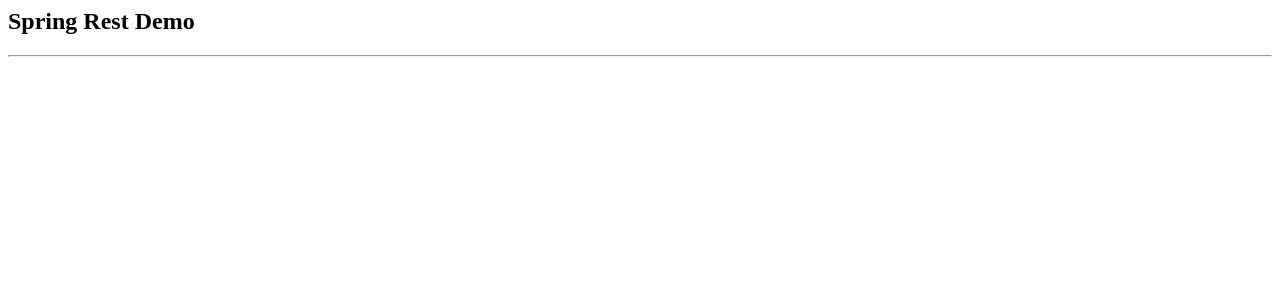
Repository: khaledesmail89/spring-Hibernate
Page: http://localhost/spring-rest-demo/
An editor plug-in stored every save of this project. The page is shown before and after the next save, followed by the edit.
The browser window is 1280 px wide. The pictures show the whole page.
The page is served by Tomcat 9. Other server files are loaded and not shown.

Above is the page before, as saved 2018-10-10 09:31:40.

### spring-rest-demo/src/main/webapp/index.jsp
<html>
<head>
<title>

</title>
</head>
<body>
<h2>Spring Rest Demo</h2>
<hr>
</body>
</html>

After the next save:
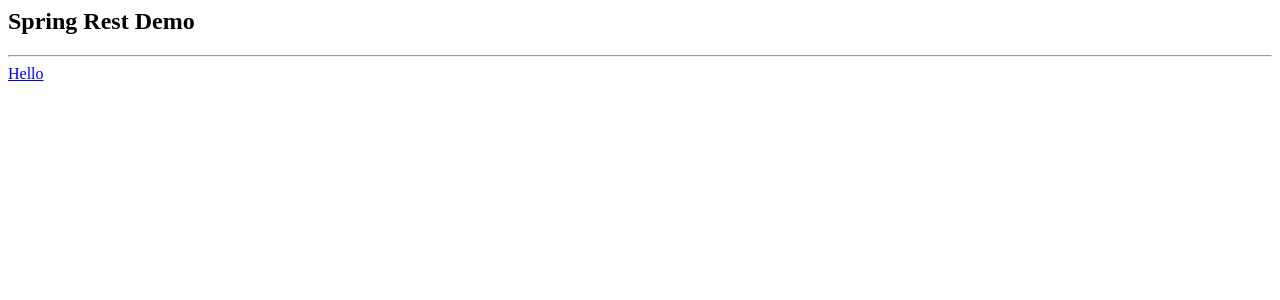
Saved 50 s later.
--- a/spring-rest-demo/src/main/webapp/index.jsp
+++ b/spring-rest-demo/src/main/webapp/index.jsp
@@ -7,5 +7,6 @@
 <body>
 <h2>Spring Rest Demo</h2>
 <hr>
+<a href="test/hello">Hello</a>
 </body>
 </html>
